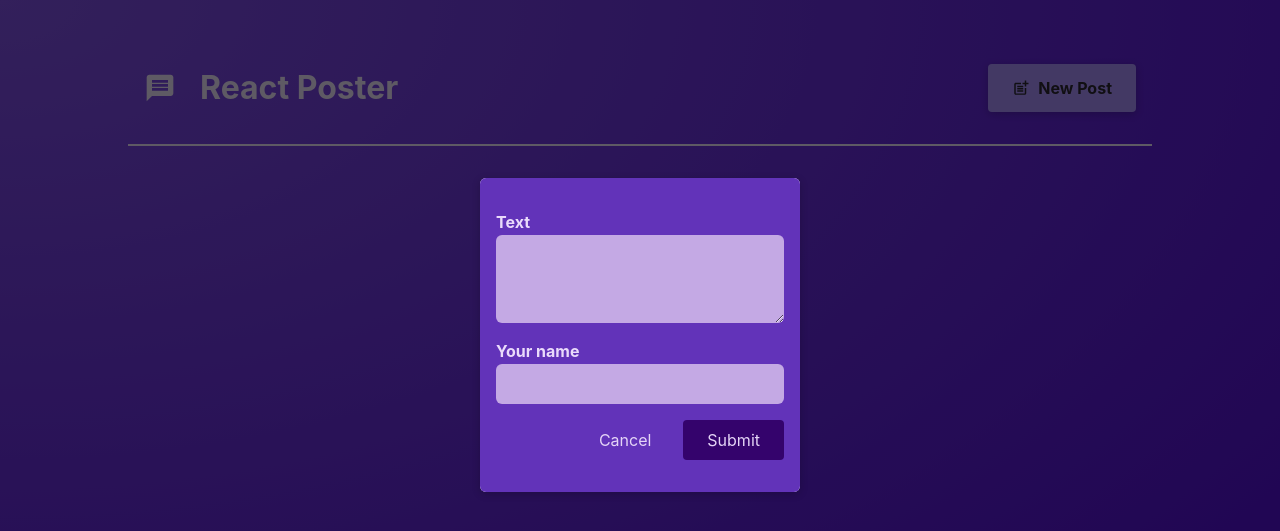
Repository: NelsonBaez/react-refresher
Page: /create-post
The author's editor kept a copy of each file at every save. The page is drawn from the files as they stood at one save, then again after the next save.
The browser window is 1280 px wide. The pictures show the whole page.
The page's requests for data from a server got no answer. The project was rebuilt for these pictures with package versions that can differ from the ones it lists, and the page was loaded fresh each time. No one was signed in, and anything a server would have sent is missing. Also part of the build but not shown: vite.config.js, src/components/Post.module.css, src/components/Post.jsx, src/components/PostList.module.css.

Above is the page before, as saved 2024-05-22 14:24:07.

### src/main.jsx
import React from 'react'
import ReactDOM from 'react-dom/client'
import Posts from './routes/Posts.jsx'
import './index.css'
import { RouterProvider, createBrowserRouter } from 'react-router-dom'
import NewPost from './routes/NewPost.jsx'
import RootLayout from './routes/RootLayout.jsx'

const router = createBrowserRouter([
  { path: '/', element: <RootLayout />, children: [
    { path: '/', element: <Posts />, children: [
      { path: '/create-post', element: <NewPost /> },
    ]},
  ]},

]);

ReactDOM.createRoot(document.getElementById('root')).render(
  <React.StrictMode>
    <RouterProvider router={router} />
  </React.StrictMode>,
)

### src/routes/Posts.jsx
import { Outlet } from 'react-router-dom'
import PostList from '../components/PostList'

const posts = [{
  author: 'Franchesco',
  body: 'La maquina más veloz'
},{
  author: 'Virgulini',
  body: 'The Tota Italiaa'
}]

function Posts() {


  return (
    <>

      <Outlet />
      <main>
        <PostList />
      </main>
    </>
  )
}

export default Posts

### src/routes/NewPost.jsx
import PropTypes from 'prop-types';
import classes from './NewPost.module.css';
import { useState } from 'react';
import Modal from '../components/Modal';

function NewPost({onCancel, onAddPost}) {
  const [body, setBody] = useState('');
  const [author, setAuthor] = useState('');

  const bodyChangeHandler = e => setBody(e.target.value);

  const authorChangeHandler = e => setAuthor(e.target.value);

  const submitHandler = e => {
    e.preventDefault();
    const postData = {
      body:body,
      author:author
    }
    onAddPost(postData);
    onCancel();
  }

  return (
    <Modal>
      <form className={classes.form} onSubmit={submitHandler}>
        <p>
          <label htmlFor="body">Text</label>
          <textarea id="body" required rows={3} onChange={bodyChangeHandler} />
        </p>
        <p>
          <label htmlFor="name">Your name</label>
          <input type="text" id="name" required onChange={authorChangeHandler} />
        </p>
        <p className={classes.actions}>
          <button type='button' onClick={onCancel}>Cancel</button>
          <button>Submit</button>
        </p>
      </form>
    </Modal>
  );
}

NewPost.propTypes = {
  onCancel: PropTypes.func.isRequired,
  onAddPost: PropTypes.func.isRequired,
}

export default NewPost;

### src/routes/RootLayout.jsx
import { Outlet } from "react-router-dom";
import MainHeader from "../components/MainHeader";

function RootLayout() {
  return (
    <>
      <MainHeader />
      <Outlet/>
    </>
  )
}

export default RootLayout;

### src/components/PostList.jsx
import Post from "./Post";
import PropTypes from 'prop-types';
import classes from './PostList.module.css';
import { useEffect, useState } from "react";

function PostList() {
  const [posts, setPosts] = useState([]);
  const [isFetching, setIsFetching] = useState(false);

  useEffect(() => {
    async function fetchPosts() {
      setIsFetching(true);
      const response = await fetch('http://localhost:8080/posts');
      const resData = await response.json();
      setPosts(resData.posts);
      setIsFetching(false);
    }

    fetchPosts();
  }, []);

  const addPostHandler = postData => {
    fetch('http://localhost:8080/posts', {
      method: 'POST',
      body: JSON.stringify(postData),
      headers: {'Content-Type': 'application/json'}
    });
    setPosts(exitingPosts => [postData, ...exitingPosts])
  };

  return (
    <>

      {!isFetching && posts.length > 0 && (
        <ul className={classes.posts}>
          {posts.map(post =>
            <Post key={post.id} author={post.author} body={post.body} />
          )}
        </ul>
      )}
      {!isFetching && posts.length === 0 && (
        <div style={{textAlign: 'center', color: 'white'}}>
          <h2>No posts</h2>
          <p>Add some!</p>
        </div>
      )}
      {isFetching && <div style={{textAlign:'center', color:'white'}}><p>Loading posts...</p></div>
      }
    </>
  )

}

PostList.propTypes = {
  isPosting: PropTypes.bool.isRequired,
  onStopPosting: PropTypes.func.isRequired,
}


export default PostList;

### src/routes/NewPost.module.css
.form {
  background-color: #6233b9;
  padding: 1rem;
  width: 20rem;
}

.form label {
  display: block;
  margin-bottom: 0.05rem;
  color: #eadbfb;
  font-weight: bold;
}

.form input,
.form textarea {
  display: block;
  width: 100%;
  font: inherit;
  padding: 0.5rem;
  border-radius: 6px;
  border: none;
  background-color: #c4a9e4;
  color: #28262c;
}

.actions {
  display: flex;
  justify-content: flex-end;
  gap: 0.5rem;
}

.actions button {
  cursor: pointer;
  font: inherit;
  padding: 0.5rem 1.5rem;
  border: none;
  border-radius: 4px;
  background-color: #34036c;
  color: #e5d5f7;
}

.actions button:hover {
  background-color: #23014a;
}

.actions button[type='button'] {
  background-color: transparent;
}

.actions button[type='button']:hover {
  color: #d1bee6;
}

### src/components/Modal.jsx
import PropTypes from 'prop-types';
import classes from './Modal.module.css';
import { useNavigate } from 'react-router-dom';

function Modal({children}) {
  const navigate = useNavigate()
  function closeHandler() {
    navigate('..');
  }
  return (
    <>
      <div className={classes.backdrop} onClick={closeHandler}/>
      <dialog open className={classes.modal}>
        {children}
      </dialog>
    </>
  )
}

Modal.propTypes = {
  children: PropTypes.element.isRequired,
}


export default Modal;

### src/components/MainHeader.jsx
import { MdPostAdd, MdMessage } from 'react-icons/md';

import classes from './MainHeader.module.css';
import { Link } from 'react-router-dom';

function MainHeader() {
  return (
    <header className={classes.header}>
      <h1 className={classes.logo}>
        <MdMessage />
        React Poster
      </h1>
      <p>
        <Link to="/create-post" className={classes.button} >
          <MdPostAdd size={18} />
          New Post
        </Link>
      </p>
    </header>
  );
}

export default MainHeader;

Loaded but not shown: index.html (common file); src/index.css (common file); src/components/Modal.module.css (common file); src/components/MainHeader.module.css (common file)

After the next save:
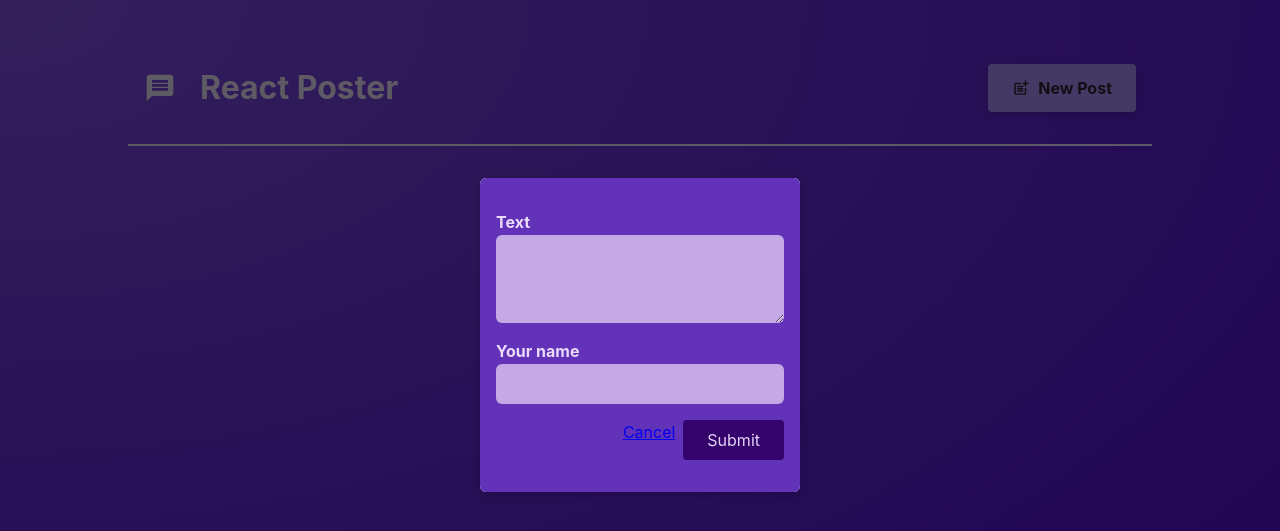
Saved 17 min 20 s later.
--- a/src/routes/NewPost.jsx
+++ b/src/routes/NewPost.jsx
@@ -2,8 +2,9 @@ import PropTypes from 'prop-types';
 import classes from './NewPost.module.css';
 import { useState } from 'react';
 import Modal from '../components/Modal';
+import { Link } from 'react-router-dom';
 
-function NewPost({onCancel, onAddPost}) {
+function NewPost({onAddPost}) {
   const [body, setBody] = useState('');
   const [author, setAuthor] = useState('');
 
@@ -18,7 +19,6 @@ function NewPost({onCancel, onAddPost}) {
       author:author
     }
     onAddPost(postData);
-    onCancel();
   }
 
   return (
@@ -33,7 +33,7 @@ function NewPost({onCancel, onAddPost}) {
           <input type="text" id="name" required onChange={authorChangeHandler} />
         </p>
         <p className={classes.actions}>
-          <button type='button' onClick={onCancel}>Cancel</button>
+          <Link to=".." type='button' >Cancel</Link>
           <button>Submit</button>
         </p>
       </form>
@@ -42,7 +42,6 @@ function NewPost({onCancel, onAddPost}) {
 }
 
 NewPost.propTypes = {
-  onCancel: PropTypes.func.isRequired,
   onAddPost: PropTypes.func.isRequired,
 }
 
